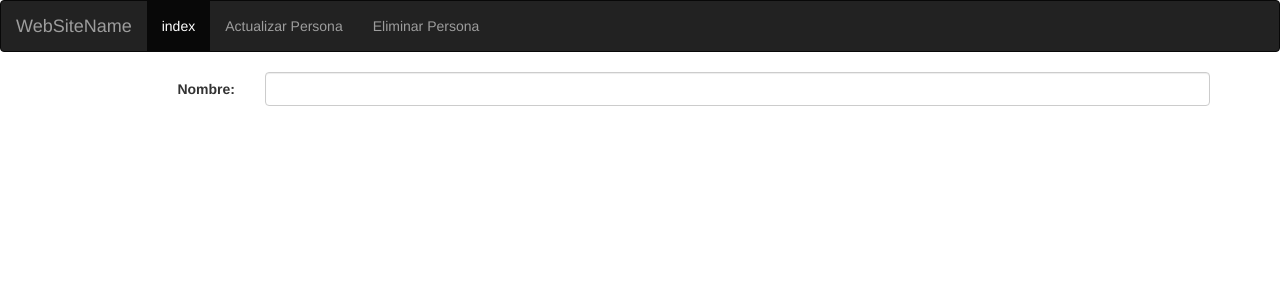
Repository: UAQJavaEveris/ProyectoFinalJuanCarlos
Page: http://localhost/WebCliente/eliminar.jsp
The author's editor kept a copy of each file at every save. The page is drawn from the files as they stood at one save, then again after the next save.
The browser window is 1280 px wide. The pictures show the whole page.
Some web libraries are served in a nearby version. The page is served by Tomcat 9. Other server files are loaded and not shown.

Above is the page before, as saved 2016-12-10 03:48:11.

### WebCliente/WebContent/eliminar.jsp
<%@ page language="java" contentType="text/html; charset=ISO-8859-1"
    pageEncoding="ISO-8859-1"%>
<!DOCTYPE html PUBLIC "-//W3C//DTD HTML 4.01 Transitional//EN" "http://www.w3.org/TR/html4/loose.dtd">
<html>
<head>
<meta http-equiv="Content-Type" content="text/html; charset=ISO-8859-1">
<title>Pagina Principal</title>
<meta charset="utf-8">
  <meta name="viewport" content="width=device-width, initial-scale=1">
  <link rel="stylesheet" href="https://maxcdn.bootstrapcdn.com/bootstrap/3.3.7/css/bootstrap.min.css">
  <script src="https://ajax.googleapis.com/ajax/libs/jquery/3.1.1/jquery.min.js"></script>
  <script src="https://maxcdn.bootstrapcdn.com/bootstrap/3.3.7/js/bootstrap.min.js"></script>
</head>
<body>
<nav class="navbar navbar-inverse">
  <div class="container-fluid">
    <div class="navbar-header">
      <a class="navbar-brand" href="#">WebSiteName</a>
    </div>
    <ul class="nav navbar-nav">
      <li class="active"><a href="index.jsp">index</a></li>
      <li><a href="actualizar.jsp">Actualizar Persona</a></li>
      <li><a href="eliminar.jsp">Eliminar Persona</a></li>
    </ul>
  </div>
</nav>
<div class="container">
<form  class="form-horizontal" action="Controller" method="Post">
<div class="form-group">
     <label class="control-label col-sm-2" for="nombre">Nombre:</label>
    <div class="col-sm-10">
    <input  class="form-control" type="txt" name="nombre"><br>
    </div>
  </div>
 </form>
</div>

</body>
</html>

After the next save:
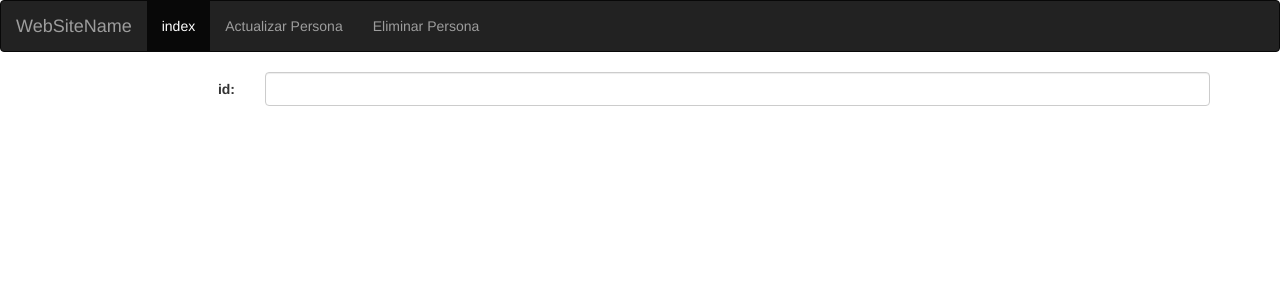
Saved 43 s later.
--- a/WebCliente/WebContent/eliminar.jsp
+++ b/WebCliente/WebContent/eliminar.jsp
@@ -25,11 +25,11 @@
   </div>
 </nav>
 <div class="container">
-<form  class="form-horizontal" action="Controller" method="Post">
+<form  class="form-horizontal" action="/WebCliente/EraseController" method="Post">
 <div class="form-group">
-     <label class="control-label col-sm-2" for="nombre">Nombre:</label>
+     <label class="control-label col-sm-2" for="nombre">id:</label>
     <div class="col-sm-10">
-    <input  class="form-control" type="txt" name="nombre"><br>
+    <input  class="form-control" type="number" name="id"><br>
     </div>
   </div>
  </form>
